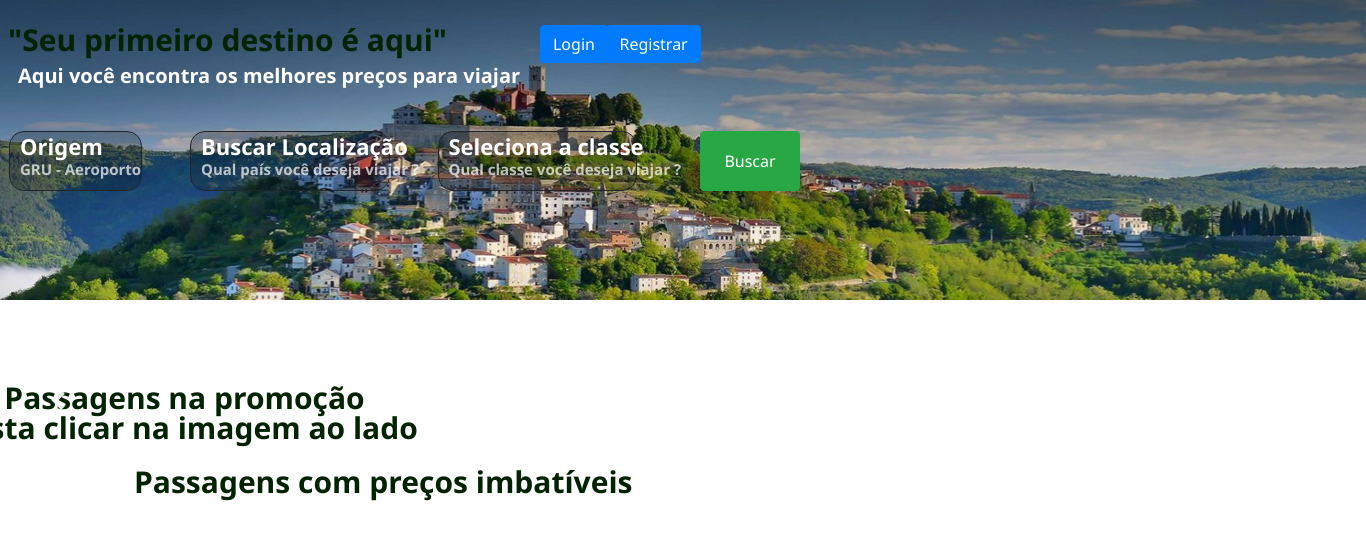
Repository: VictorFlay/Aplicacao-WEB
Page: http://localhost/ProjetoWeb/
The author's editor kept a copy of each file at every save. The page is drawn from the files as they stood at one save, then again after the next save.
The browser window is 768 px wide. The page is 1366 px wide, then 801 px, so the pictures cover 1366 px, including what lies to the right of the window. The pictures show the whole page.
Some web libraries are served in a nearby version. The page is served by Tomcat 9. Queries for data that is not in the repository find no rows.

Above is the page before, as saved 2021-07-20 02:02:53.

After the next save:
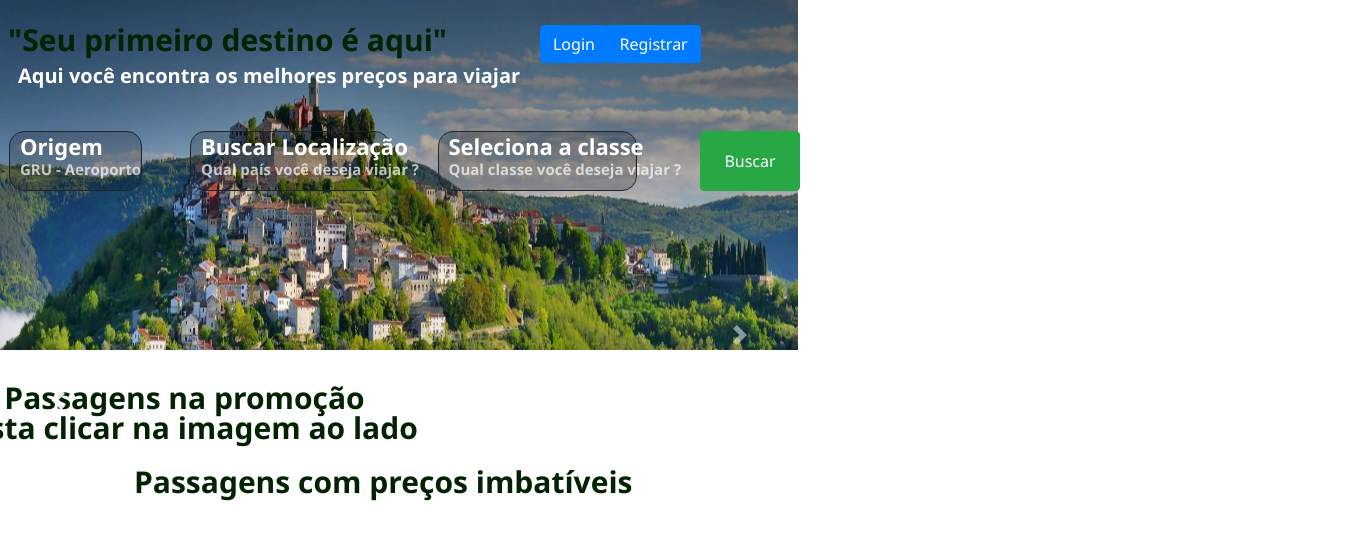
Saved 23 s later.
--- a/ProjetoWeb/WebContent/css/design.css
+++ b/ProjetoWeb/WebContent/css/design.css
@@ -735,7 +735,7 @@
 		width: 100%;
 	}
 
-	#aviaofundo{
+	#imagem{
 		position: absolute;
 		height: 350px;
 		width: 100%;

After the save that followed:
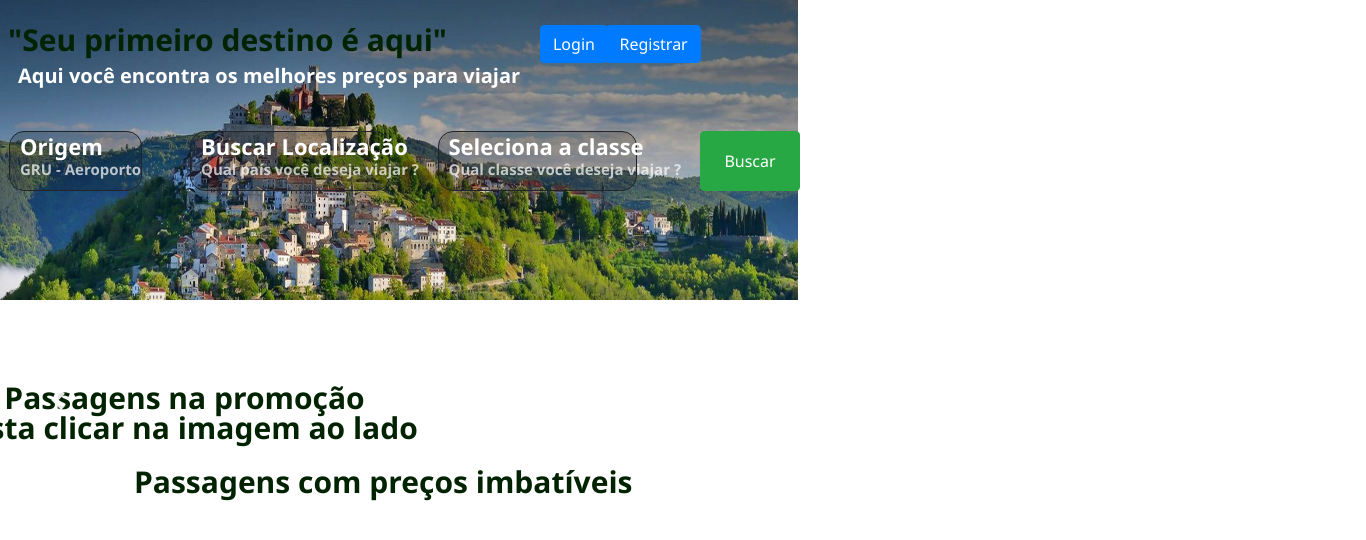
Saved 100 s later.
--- a/ProjetoWeb/WebContent/css/design.css
+++ b/ProjetoWeb/WebContent/css/design.css
@@ -737,7 +737,7 @@
 
 	#imagem{
 		position: absolute;
-		height: 350px;
+		height: 300px;
 		width: 100%;
 	}
 }
